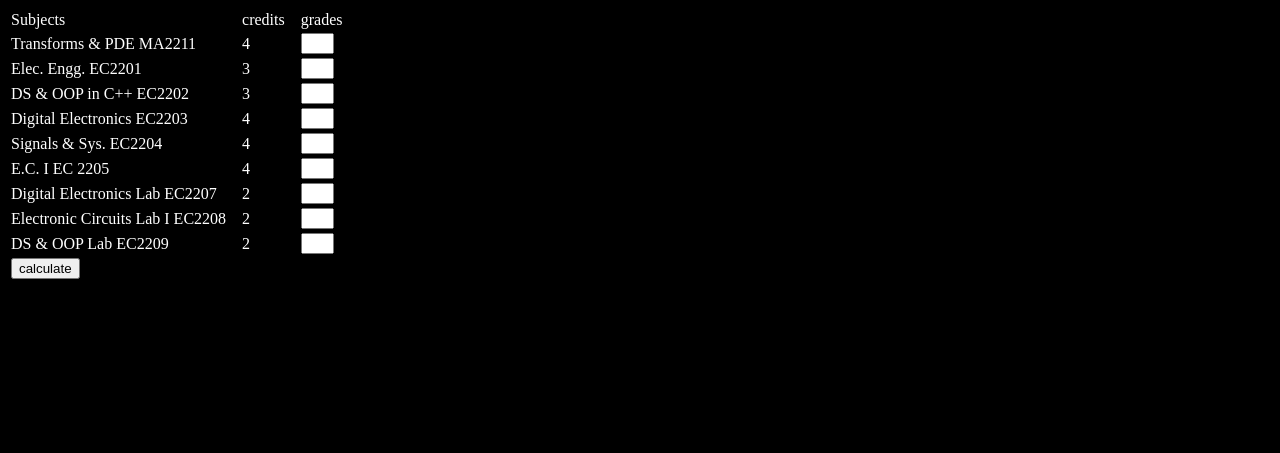
Repository: vigineshs/Mobile-Applications
Page: AnnaUniv GPA Calc/AnnaUniv GPA Calculator Updated/assets/www/ece08sem3.html
The author's editor kept a copy of each file at every save. The page is drawn from the files as they stood at one save, then again after the next save.
The browser window is 1280 px wide. The pictures show the whole page.

Above is the page before, as saved 2012-05-08 11:28:00.

After the next save:
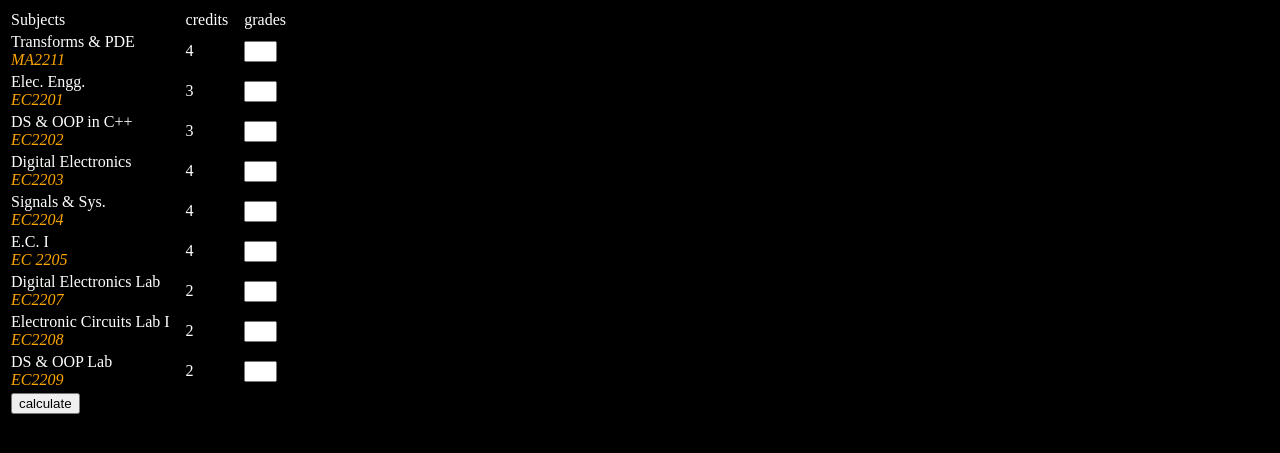
Saved 35 s later.
--- a/AnnaUniv GPA Calc/AnnaUniv GPA Calculator Updated/assets/www/ece08sem3.html
+++ b/AnnaUniv GPA Calc/AnnaUniv GPA Calculator Updated/assets/www/ece08sem3.html
@@ -214,15 +214,15 @@ window.alert(g);
 <tr><td>Subjects</td><td>&nbsp;&nbsp;&nbsp;credits</td><td>&nbsp;&nbsp;&nbsp;grades</td>
 <tr>
 <td>
-Transforms & PDE MA2211</td><td>&nbsp;&nbsp;&nbsp;4</td> <td>&nbsp;&nbsp;&nbsp;<input type="text" size="1" name="t1" /></td></tr>
-<tr><td>Elec. Engg. EC2201</td><td>&nbsp;&nbsp;&nbsp;3</td> <td>&nbsp;&nbsp;&nbsp;<input type="text" size="1" name="t2" /></td></tr>
-<tr><td>DS & OOP in C++ EC2202</td><td>&nbsp;&nbsp;&nbsp;3</td><td>&nbsp;&nbsp;&nbsp;<input type="text" size="1" name="t3" /></td></tr>
-<tr><td>Digital Electronics EC2203</td> <td>&nbsp;&nbsp;&nbsp;4</td><td>&nbsp;&nbsp;&nbsp;<input type="text" size="1" name="t4" /></td></tr>
-<tr><td>Signals & Sys. EC2204</td><td>&nbsp;&nbsp;&nbsp;4</td> <td>&nbsp;&nbsp;&nbsp;<input type="text" size="1" name="t5" /></td></tr>
-<tr><td>E.C. I EC 2205</td> <td>&nbsp;&nbsp;&nbsp;4</td><td>&nbsp;&nbsp;&nbsp;<input type="text" size="1" name="t6" /></td></tr>
-<tr><td>Digital Electronics Lab EC2207</td><td>&nbsp;&nbsp;&nbsp;2</td> <td>&nbsp;&nbsp;&nbsp;<input type="text" size="1" name="t7" /></td></tr>
-<tr><td>Electronic Circuits Lab I  EC2208</td><td>&nbsp;&nbsp;&nbsp;2</td> <td>&nbsp;&nbsp;&nbsp;<input type="text" size="1" name="t8" /></td></tr>
-<tr><td>  DS & OOP Lab EC2209</td><td>&nbsp;&nbsp;&nbsp;2</td> <td>&nbsp;&nbsp;&nbsp;<input type="text" size="1" name="t9" /></td></tr>
+Transforms & PDE <br /><i style="color:orange">MA2211</td><td>&nbsp;&nbsp;&nbsp;4</td> <td>&nbsp;&nbsp;&nbsp;<input type="text" size="1" name="t1" /></td></tr>
+<tr><td>Elec. Engg. <br /><i style="color:orange">EC2201</td><td>&nbsp;&nbsp;&nbsp;3</td> <td>&nbsp;&nbsp;&nbsp;<input type="text" size="1" name="t2" /></td></tr>
+<tr><td>DS & OOP in C++ <br /><i style="color:orange">EC2202</td><td>&nbsp;&nbsp;&nbsp;3</td><td>&nbsp;&nbsp;&nbsp;<input type="text" size="1" name="t3" /></td></tr>
+<tr><td>Digital Electronics <br /><i style="color:orange">EC2203</td> <td>&nbsp;&nbsp;&nbsp;4</td><td>&nbsp;&nbsp;&nbsp;<input type="text" size="1" name="t4" /></td></tr>
+<tr><td>Signals & Sys. <br /><i style="color:orange">EC2204</td><td>&nbsp;&nbsp;&nbsp;4</td> <td>&nbsp;&nbsp;&nbsp;<input type="text" size="1" name="t5" /></td></tr>
+<tr><td>E.C. I <br /><i style="color:orange">EC 2205</td> <td>&nbsp;&nbsp;&nbsp;4</td><td>&nbsp;&nbsp;&nbsp;<input type="text" size="1" name="t6" /></td></tr>
+<tr><td>Digital Electronics Lab <br /><i style="color:orange">EC2207</td><td>&nbsp;&nbsp;&nbsp;2</td> <td>&nbsp;&nbsp;&nbsp;<input type="text" size="1" name="t7" /></td></tr>
+<tr><td>Electronic Circuits Lab I  <br /><i style="color:orange">EC2208</td><td>&nbsp;&nbsp;&nbsp;2</td> <td>&nbsp;&nbsp;&nbsp;<input type="text" size="1" name="t8" /></td></tr>
+<tr><td>  DS & OOP Lab <br /><i style="color:orange">EC2209</td><td>&nbsp;&nbsp;&nbsp;2</td> <td>&nbsp;&nbsp;&nbsp;<input type="text" size="1" name="t9" /></td></tr>
 <tr colspan="2"><td><input type="submit" onclick="f();" value="calculate" /></td></tr>
 
 </table>
